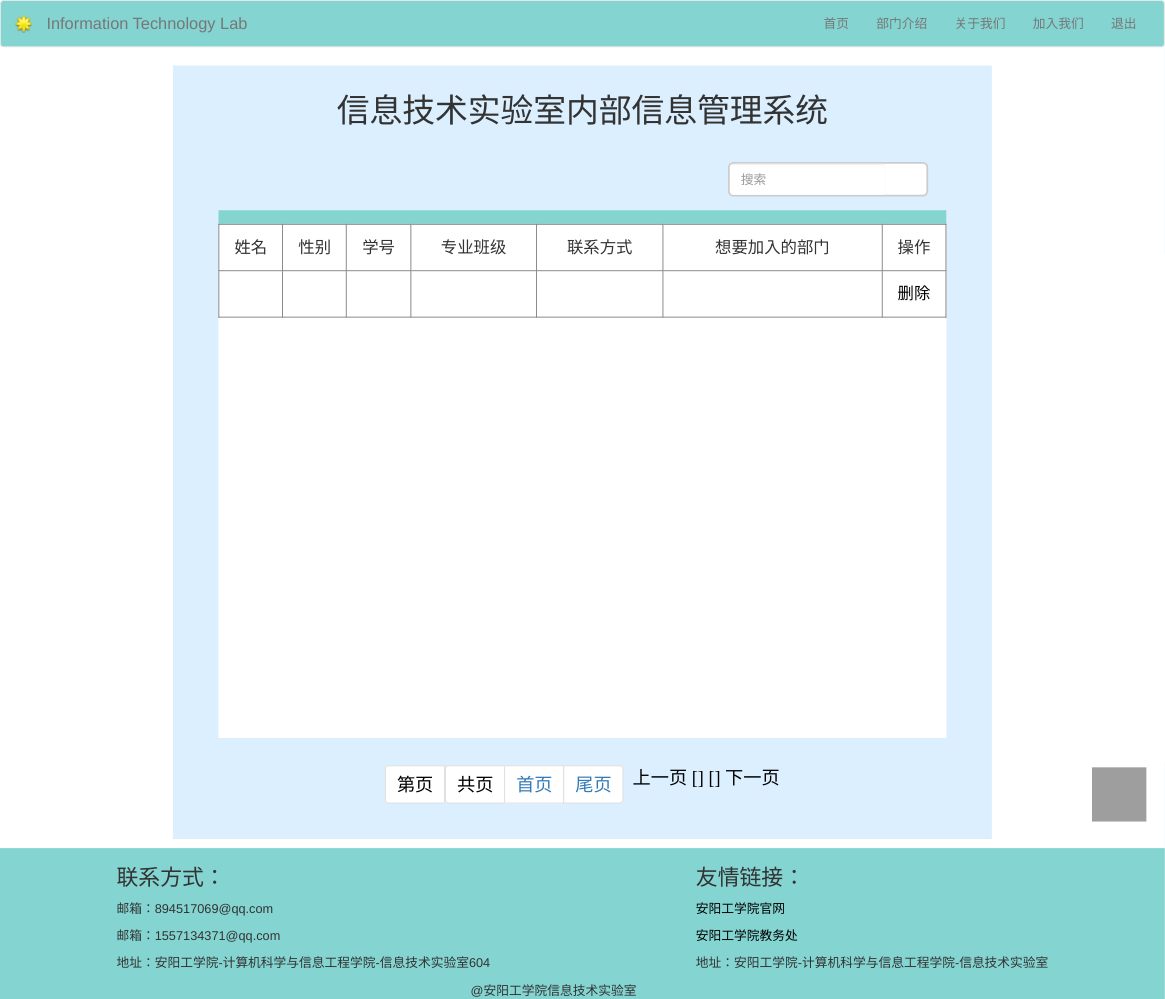
Repository: Z02508102/itl
Page: http://localhost/itl-manager-controller/WEB-INF/page/information.jsp
An editor plug-in stored every save of this project. The page is shown before and after the next save, followed by the edit.
The browser window is 1280 px wide. The pictures show the whole page, at 91% of full size.
Pictures or frames that could not be fetched are drawn as grey boxes. Some web fonts or font styles are not loaded; a fallback is used. The page is served by Tomcat 9. Nobody is signed in. The template is opened directly, without the code that normally fills it, so the values that code supplies are empty.

Above is the page before, as saved 2019-01-06 07:17:32.

After the next save:
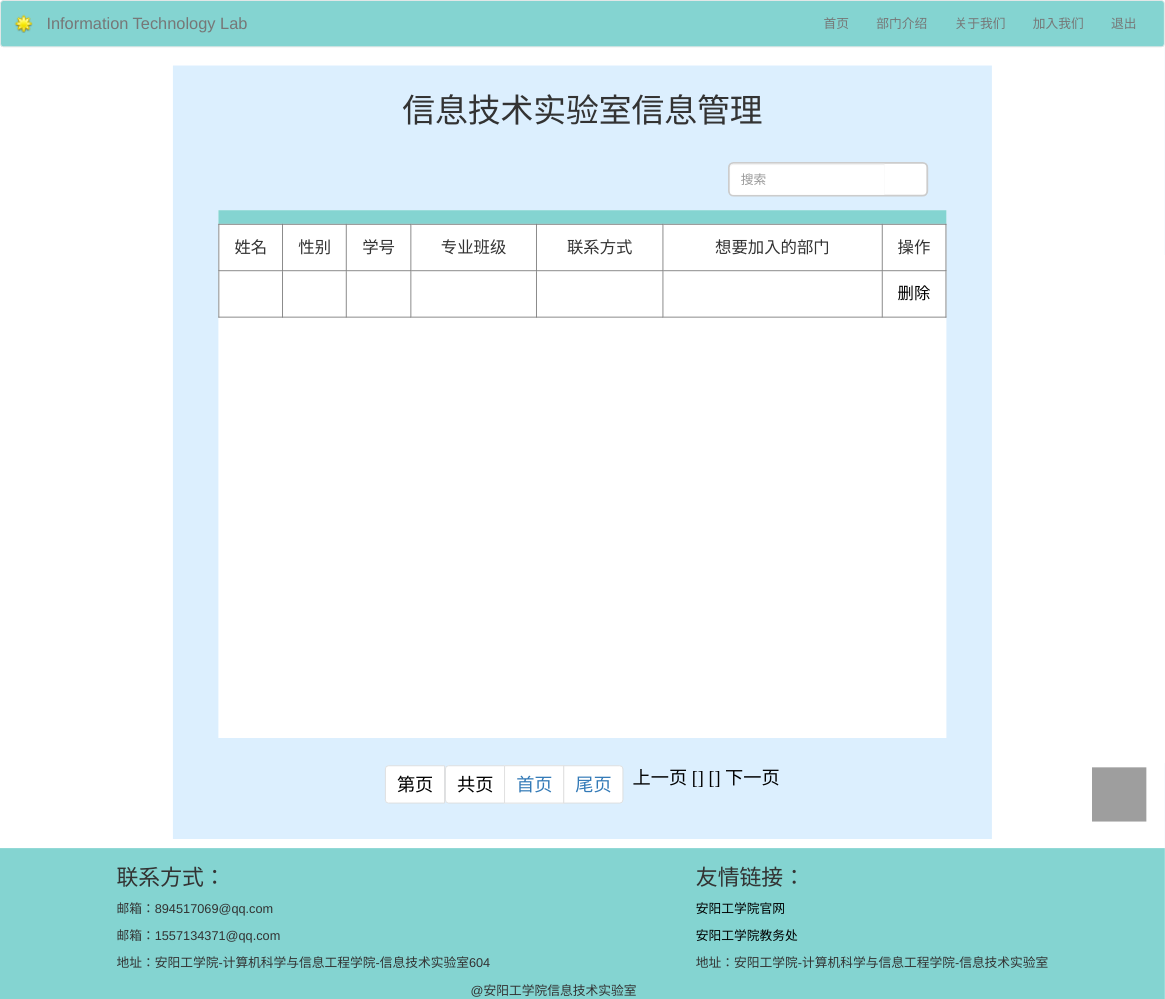
Saved 60 s later.
--- a/itl-manager/itl-manager-controller/src/main/webapp/WEB-INF/page/information.jsp
+++ b/itl-manager/itl-manager-controller/src/main/webapp/WEB-INF/page/information.jsp
@@ -89,7 +89,7 @@
 
 	<div class="main">
 		<div class="title">
-			<h1>信息技术实验室内部信息管理系统</h1>
+			<h1>信息技术实验室信息管理</h1>
 			<form
 				action="${pageContext.request.contextPath }/FindByNameServlet?method=findByNameInfo"
 				method="post" name="Form">
